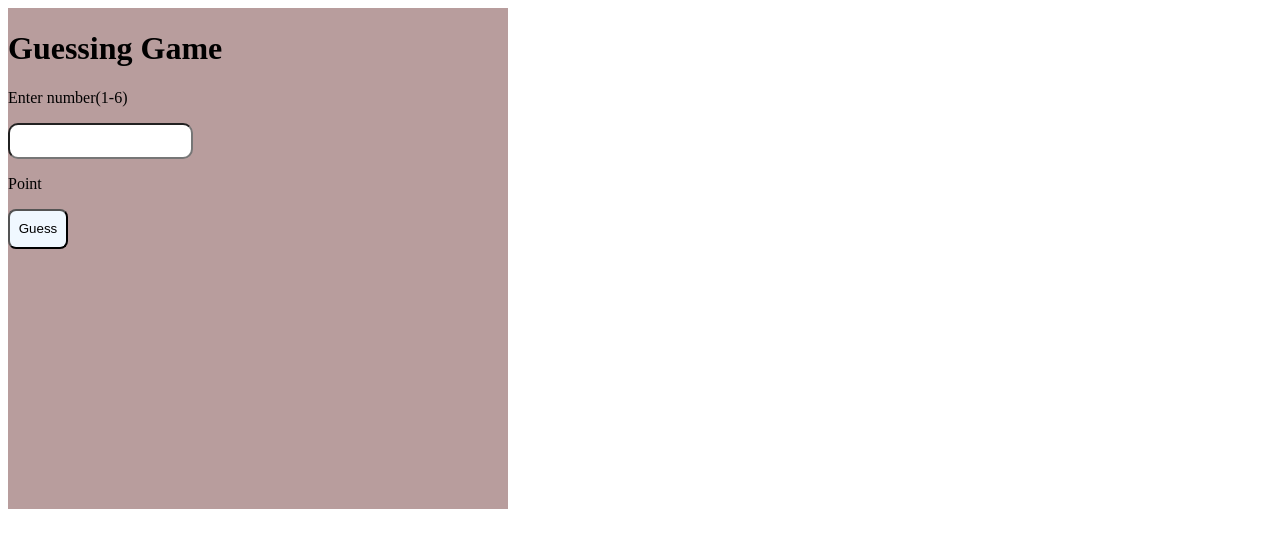
Repository: sedashahnazaryan/Guessing-Game
Page: index.html
These files come from the project's save history. The page is drawn as it stood at one moment and after a run of saves; the edit follows.
The browser window is 1280 px wide. The pictures show the whole page.

Above is the page before, as saved 2022-02-23 19:35:40.

After the next 3 saves:
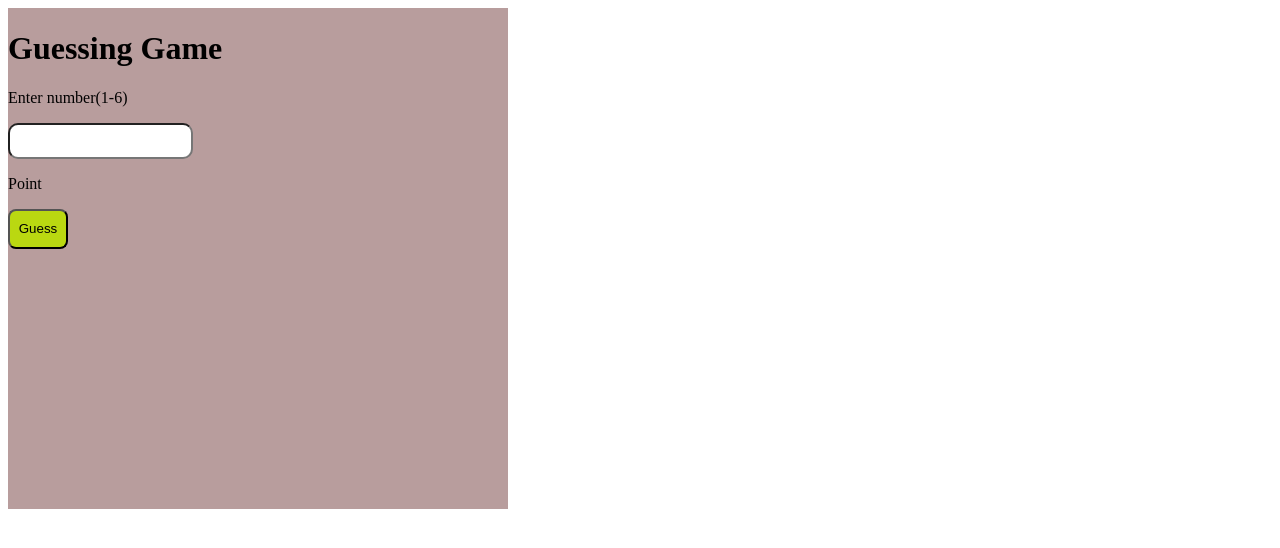
The 3 saves are shown as one change because they came seconds apart.
The last was saved 10 s later.
--- a/index.css
+++ b/index.css
@@ -13,5 +13,5 @@
     height: 40px;
     width: 60px;
     border-radius: 8px;
-    background-color: aliceblue;
+    background-color: rgb(186, 216, 17);
 }
